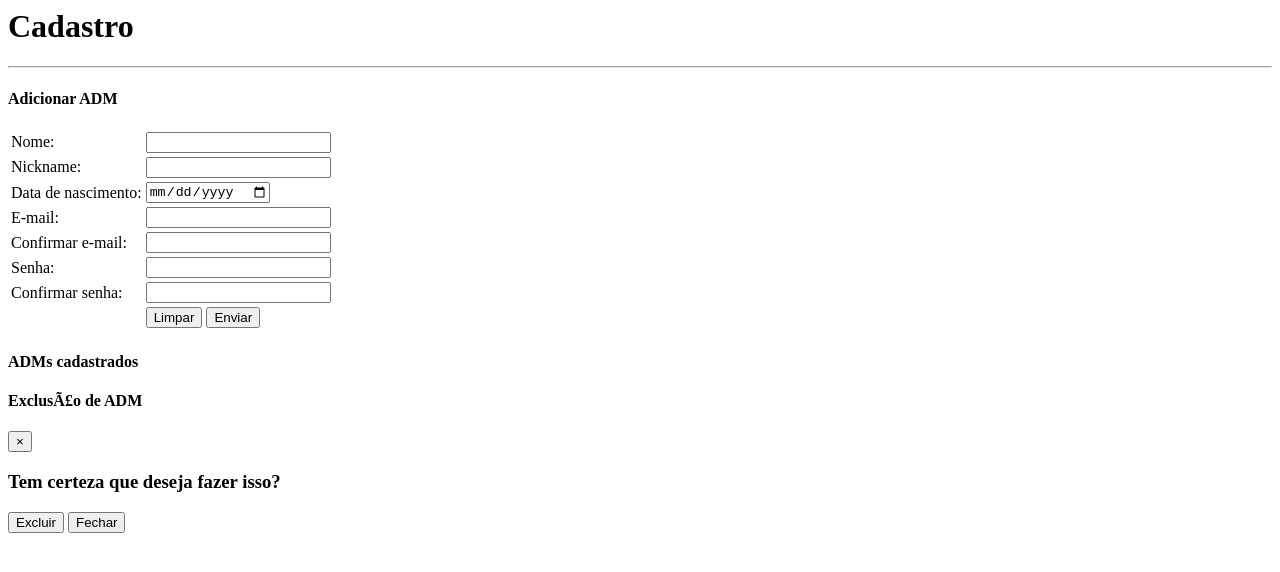
Repository: cavrau/workspaceTbog
Page: the Battle for Gondria/WebContent/system/admin/cadastro.html
An editor plug-in stored every save of this project. The page is shown before and after the next save, followed by the edit.
The browser window is 1280 px wide. The pictures show the whole page.

Above is the page before, as saved 2018-08-18 14:20:02.

### the Battle for Gondria/WebContent/system/admin/cadastro.html
<h1 class="h1_content">Cadastro</h1>
<hr id="hr_cadastro">
<div>

  <div id="form_content">

    <h4 class="h4_form">Adicionar ADM</h4>

    <form action="post" id="cadastraForm">
      <table id="table_form">
        <tbody>

          <tr>
            <td>
              <label for="txt_nome">Nome:</label>
            </td>
            <td>
              <input data-toggle="popover" data-content="Insira o nome" data-trigger="focus" type="text" name="txt_nome" id="nome"  minlength="6" maxlength="45" value="">
            </td>
          </tr>

          <tr>
            <td>
              <label for="txt_nick">Nickname:</label>
            </td>
            <td>
              <input  data-toggle="popover" data-content="Insira o nickname" data-trigger="focus" type="text" name="txt_nick" id="nickname" minlength="6" maxlength="16" value="">
            </td>
          </tr>

          <tr>
            <td>
              <label for="date_nascimento">Data de nascimento:</label>
            </td>
            <td>
              <input data-toggle="popover"  data-content="Insira a data de nascimento" data-trigger="focus" type="date" value="" name="date_nascimento" id="nascimento">
            </td>
          </tr>

          <tr>
            <td>
              <label>E-mail:</label>
            </td>
            <td>
              <input data-toggle="popover" data-content="Insira o e-mail" data-trigger="focus" type="text" id="email" name="txt_email" minlength="6" maxlength="80" value="">
            </td>
          </tr>

          <tr>
            <td>
              <label>Confirmar e-mail:</label>
            </td>
            <td >
              <input data-toggle="popover" data-content="Confirme o e-mail" data-trigger="focus" type="text" id="confirmaEmail" name="txt_confirma" minlength="6" maxlength="80">
            </td>
          </tr>

          <tr>
            <td>
              <label for="pwd_pass">Senha:</label>
            </td>
            <td>
              <input  data-toggle="popover"  data-content="Insira a senha" data-trigger="focus" type="password" name="pwd_pass" id="senha" minlength="6" maxlength="16" value="">
            </td>
          </tr>

          <tr>
            <td>
              <label>Confirmar senha:</label>
            </td>
            <td>
              <input  data-toggle="popover" data-content="Confirme a Senha" data-trigger="focus" type="password" id="confirmaSenha" minlength="6" maxlength="16">
            </td>
          </tr>

          <tr>
            <td>

            </td>
            <td>
              <button type="reset" class="btn btn-secondary" name="btn_limpar">Limpar</button>
              <button type="button" onclick="validaCadastro()" class="btn btn-primary" name="btn_subimt">Enviar</button>
            </td>
          </tr>

        </tbody>
      </table>
    </form>

  </div>

  <div id="section_adms">
    <h4 class="h4_form">ADMs cadastrados</h4>
    <div id="table_cadastro"></div>
  </div>

</div>
<!-- INÃ�CIO MODAL - EXCLUÃ�R ADM -->
<div class="modal fade " id="exclui_adm" role="dialog">
<div class="modal-dialog">

  <div class="modal-content">

    <div class="modal-header">
      <h4 class="modal-title">ExclusÃ£o de ADM</h4>
      <button type="button" class="close" data-dismiss="modal">&times;</button>
    </div>

    <div class="modal-body">
      <h3>Tem certeza que deseja fazer isso?</h3>
    </div>
    <div class="modal-footer">
      <button type="button" name="btn_excluir" class="btnExcluirUsuario btn btn-danger" onclick="alteraResponse()">Excluir</button>
      <button type="button" class="btn btn-primary close" data-dismiss="modal">Fechar</button>
    </div>
  </div>
</div>
</div>
<!-- FIM MODAL - EXCLUÃ�R ADM -->

After the next save:
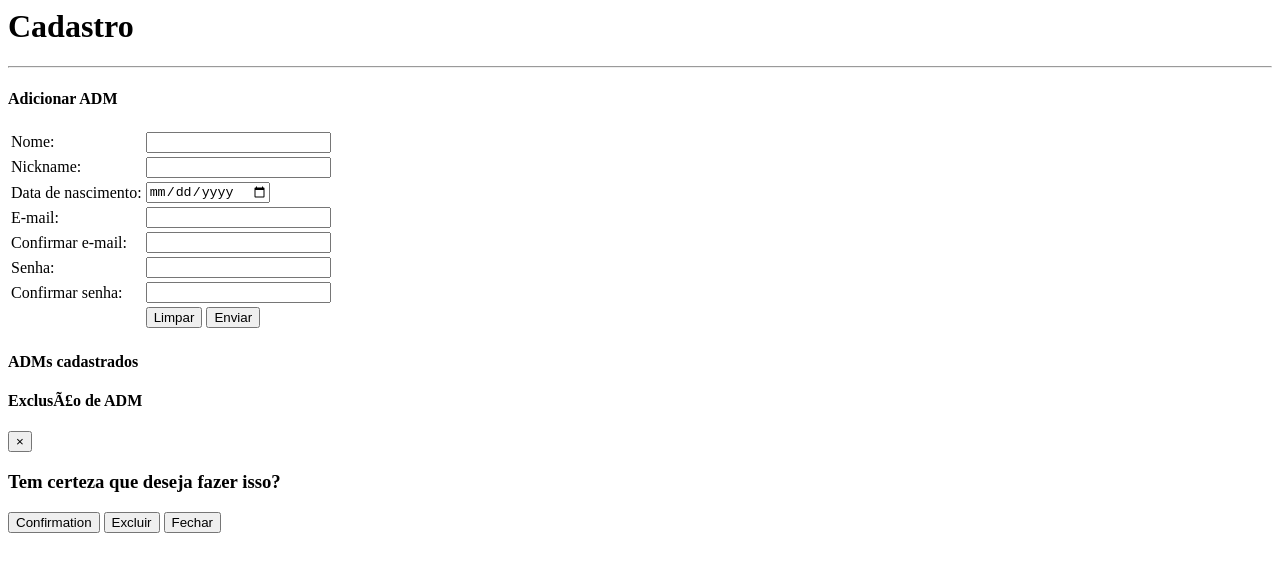
Saved 5 min 8 s later.
--- a/the Battle for Gondria/WebContent/system/admin/cadastro.html
+++ b/the Battle for Gondria/WebContent/system/admin/cadastro.html
@@ -110,6 +110,14 @@
       <h3>Tem certeza que deseja fazer isso?</h3>
     </div>
     <div class="modal-footer">
+    	<button class="btn btn-large btn-primary" data-toggle="confirmation"
+        data-btn-ok-label="Continue" data-btn-ok-class="btn-success"
+        data-btn-ok-icon-class="material-icons" data-btn-ok-icon-content="check"
+        data-btn-cancel-label="Stoooop!" data-btn-cancel-class="btn-danger"
+        data-btn-cancel-icon-class="material-icons" data-btn-cancel-icon-content="close"
+        data-title="Is it ok?" data-content="This might be dangerous">
+  Confirmation
+</button>
       <button type="button" name="btn_excluir" class="btnExcluirUsuario btn btn-danger" onclick="alteraResponse()">Excluir</button>
       <button type="button" class="btn btn-primary close" data-dismiss="modal">Fechar</button>
     </div>
